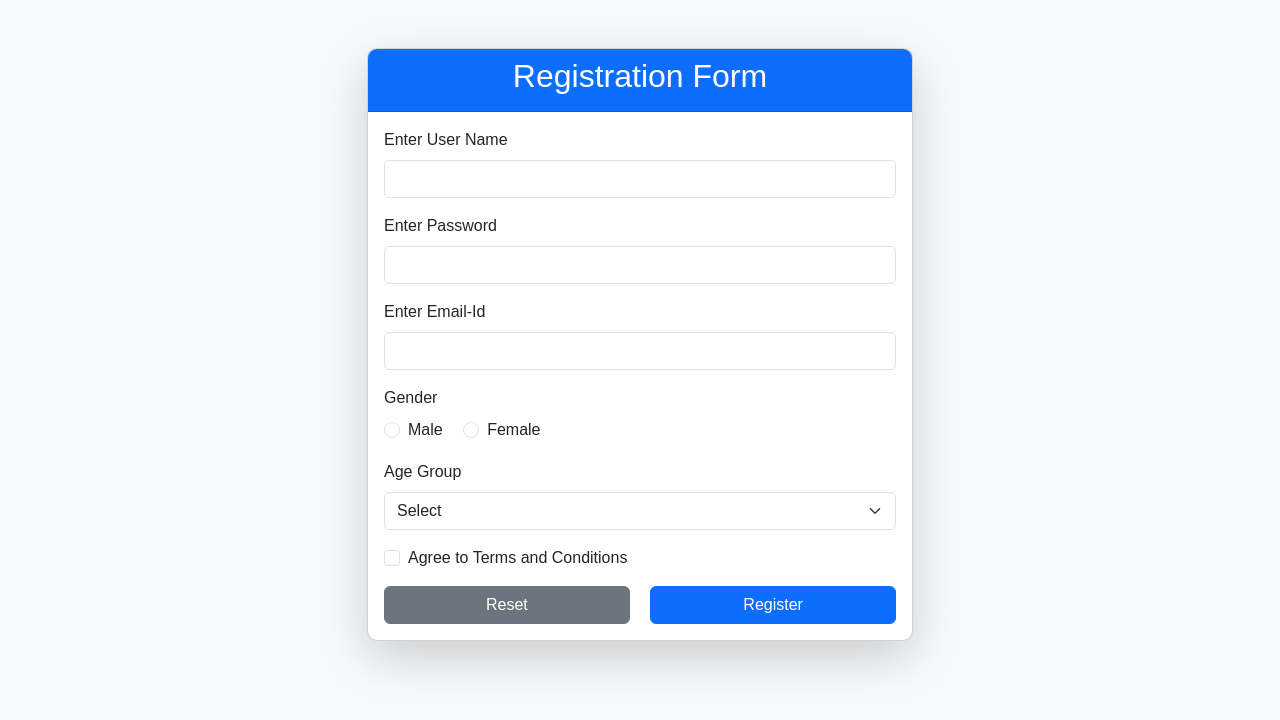
Repository: Prasad-R-Patil/WebBaseJava
Page: http://localhost/MyApp/
An editor plug-in stored every save of this project. The page is shown before and after the next save, followed by the edit.
The browser window is 1280 px wide. The pictures show the whole page.
The page is served by Tomcat 9.

Above is the page before, as saved 2025-05-14 10:33:24.

After the next save:
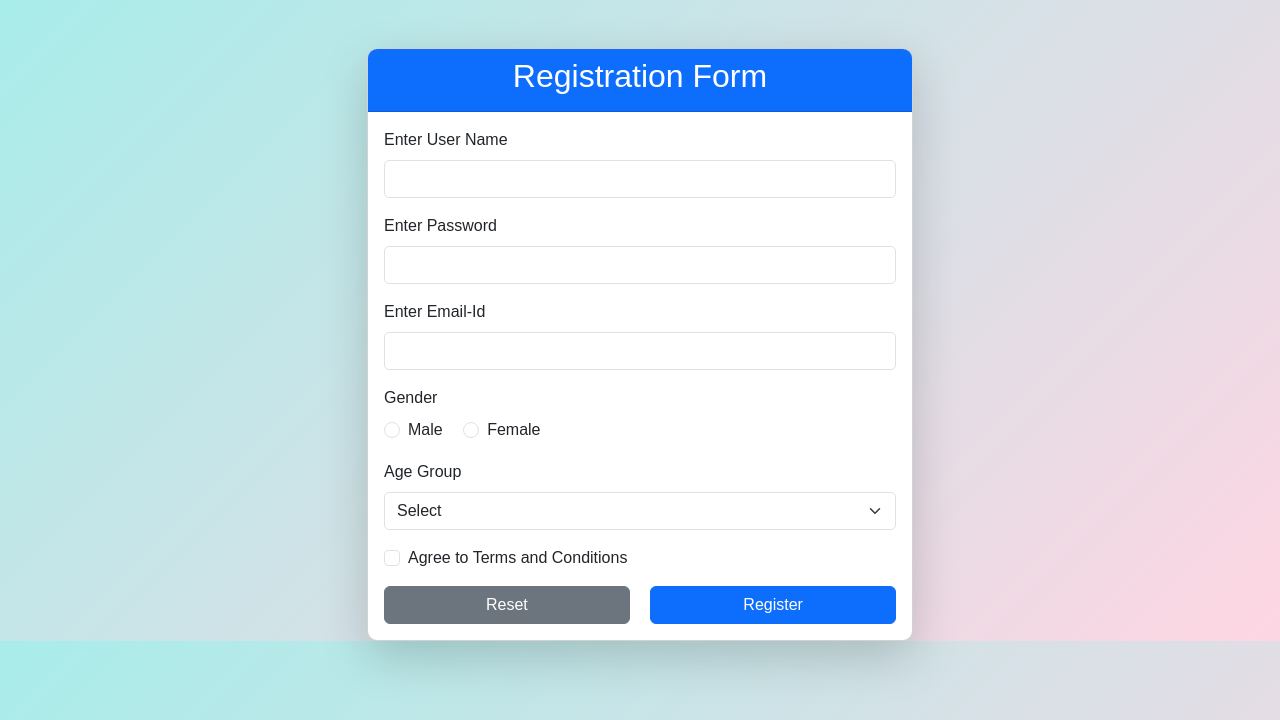
Saved 3 min 57 s later.
--- a/MyApp/src/main/webapp/Resource/style.css
+++ b/MyApp/src/main/webapp/Resource/style.css
@@ -2,6 +2,7 @@
 
 /* General Styles */
 body {
+	background: linear-gradient(135deg, #a8edea, #fed6e3);
     font-family: 'Arial', sans-serif;
 }
 
